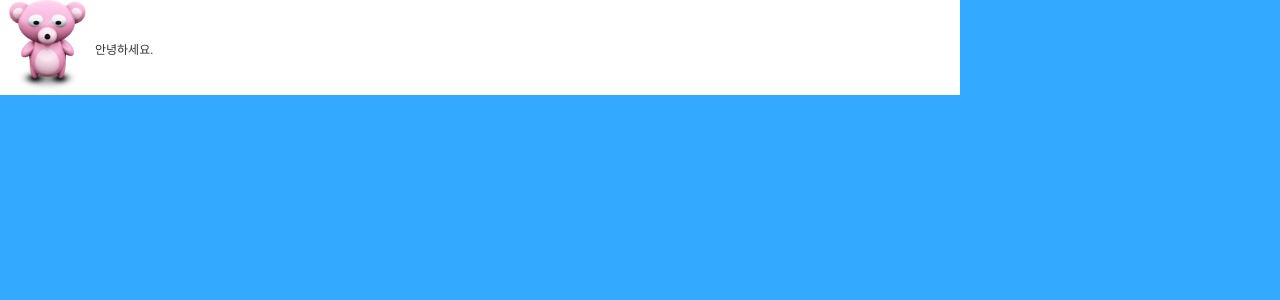
Repository: BaekJiGyeong/JSP_web
Page: http://localhost/Article/
These files come from the project's save history. The page is drawn as it stood at one moment and after the next save; the edit follows.
The browser window is 1280 px wide. The pictures show the whole page.
The page is served by Tomcat 9. Other server files are loaded and not shown.

Above is the page before, as saved 2016-03-03 06:28:11.

### Article/WebContent/index.jsp
<%@ page language="java" contentType="text/html; charset=UTF-8"
    pageEncoding="UTF-8"%>

<jsp:include page="./WEB-INF/view/common/header.jsp"></jsp:include>

### Article/WebContent/WEB-INF/view/common/header.jsp
<%@ page language="java" contentType="text/html; charset=UTF-8"
    pageEncoding="UTF-8"%>
<!DOCTYPE html>
<html>
<head>
<meta http-equiv="Content-Type" content="text/html; charset=UTF-8">
<link rel="stylesheet" type="text/css" href="/resource/css/header.css"/>
<title>회원제 게시판</title>
</head>
<body>

	<div id="wrapper">

		<div id="header">

			<img src="/resource/img/icon.png" /> <div>안녕하세요.</div>

		</div>
		<div class="clear"></div>

### Article/WebContent/resource/css/header.css
@CHARSET "UTF-8";

body, input, div, span, p, a, td, th, caption, lable, h1, h2, h3, h4, h5, h6, textarea, iframe, ul, al, li, dd, dt, b, u, i, strong, pre, code, address, city, header, aside{
	color:#333333;
	font-family: "나눔 고딕", "돋움체";
	font-size: 9pt;
}

img {
	/* 이미지 주변의 파란 줄 제거 */
	border: none;
}

body {
	background-color: #33AAFF;
	margin: 0px;
}

div#wrapper {
	width: 75%;
	background-color: #FFFFFF;
}

div#header img {
	width: 95px;
	height: 95px;
	float: left;
}

div#header div {
	padding-top: 40px;
	float: left;
}

div.clear{
	clear: both;
}

After the next save:
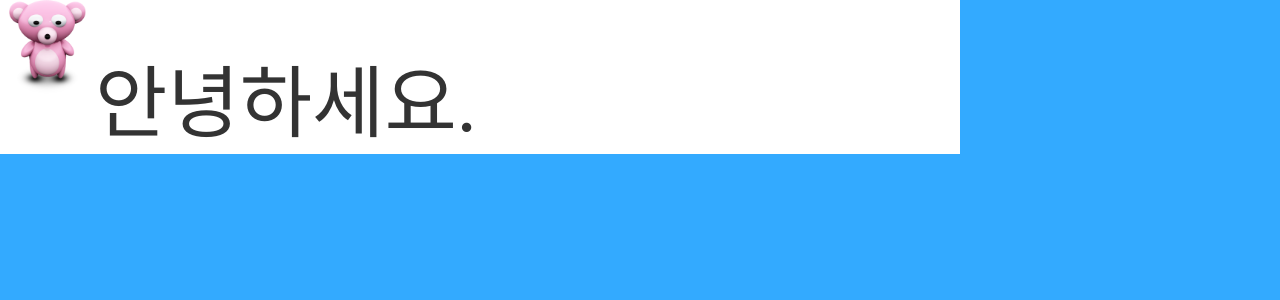
Saved 19 s later.
--- a/Article/WebContent/resource/css/header.css
+++ b/Article/WebContent/resource/css/header.css
@@ -3,7 +3,7 @@
 body, input, div, span, p, a, td, th, caption, lable, h1, h2, h3, h4, h5, h6, textarea, iframe, ul, al, li, dd, dt, b, u, i, strong, pre, code, address, city, header, aside{
 	color:#333333;
 	font-family: "나눔 고딕", "돋움체";
-	font-size: 9pt;
+	font-size: 59pt;
 }
 
 img {
